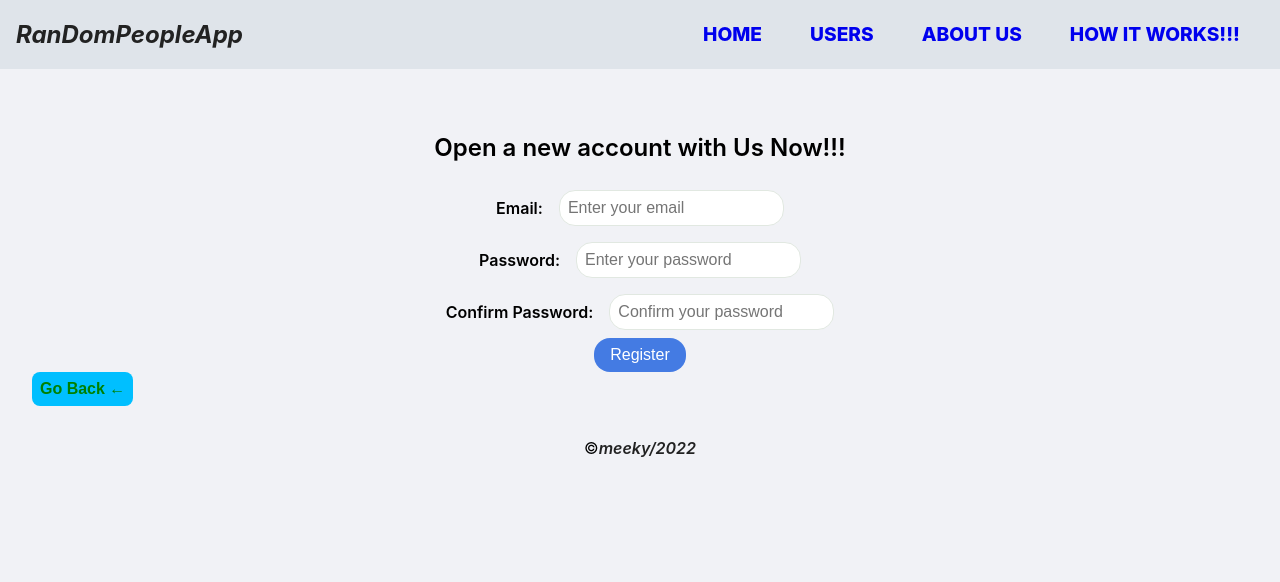
Repository: MikkyPrestige/RandomProfiles
Page: /register
These files come from the project's save history. The page is drawn as it stood at one moment and after the next save; the edit follows.
The browser window is 1280 px wide. The pictures show the whole page.
The page's requests for data from a server got no answer. The project was rebuilt for these pictures with package versions that can differ from the ones it lists, and the page was loaded fresh each time. Some packages were replaced by stand-ins written for this rebuild. No one was signed in, and anything a server would have sent is missing. Also part of the build but not shown: src/assets/styles/home.css, src/components/home.jsx, src/assets/styles/users.css, src/components/users.jsx, src/assets/styles/search.css, src/components/search.jsx, src/assets/styles/help.css, src/components/help.jsx and 9 more.

Above is the page before, as saved 2022-12-06 01:03:26.

After the next save:
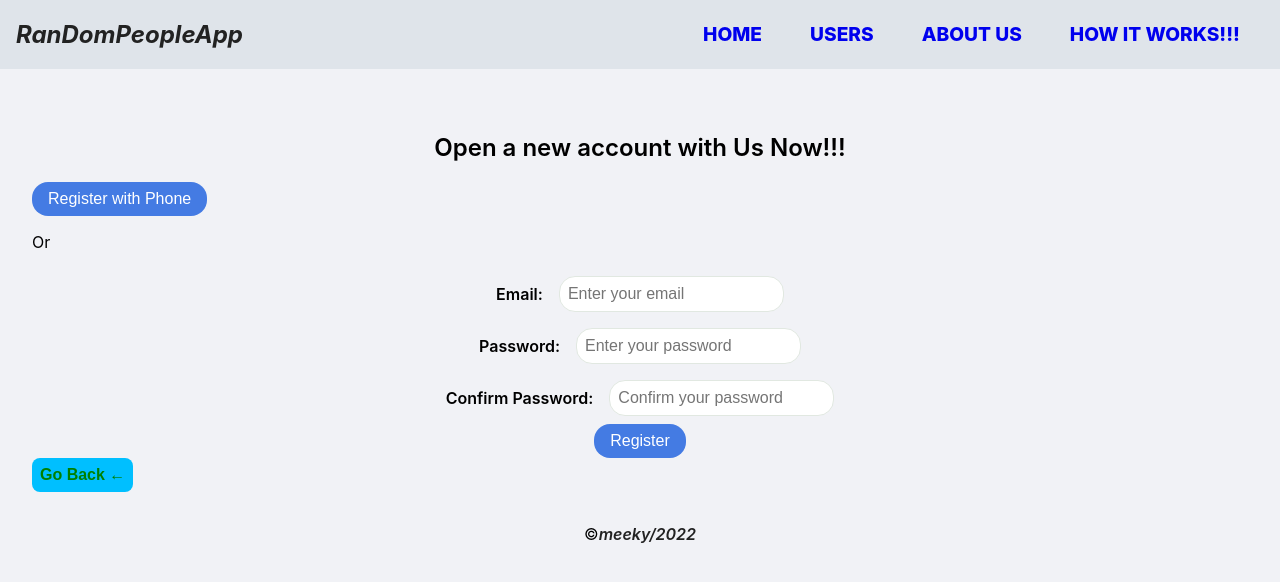
Saved 42 s later.
--- a/src/components/register.jsx
+++ b/src/components/register.jsx
@@ -92,6 +92,11 @@ const Register = () => {
     <div className="register">
       <div className="register__container">
         <h2 className="register__title">Open a new account with Us Now!!!</h2>
+        <div id="recaptcha-container"></div>
+        <button onClick={handlePhoneRegister} className="sign__btn">
+          Register with Phone
+        </button>
+        <p className="register__text">Or</p>
         <form onSubmit={handleRegister} className="register__form">
           <div className="register__group">
             <label htmlFor="email" className="register__label">
